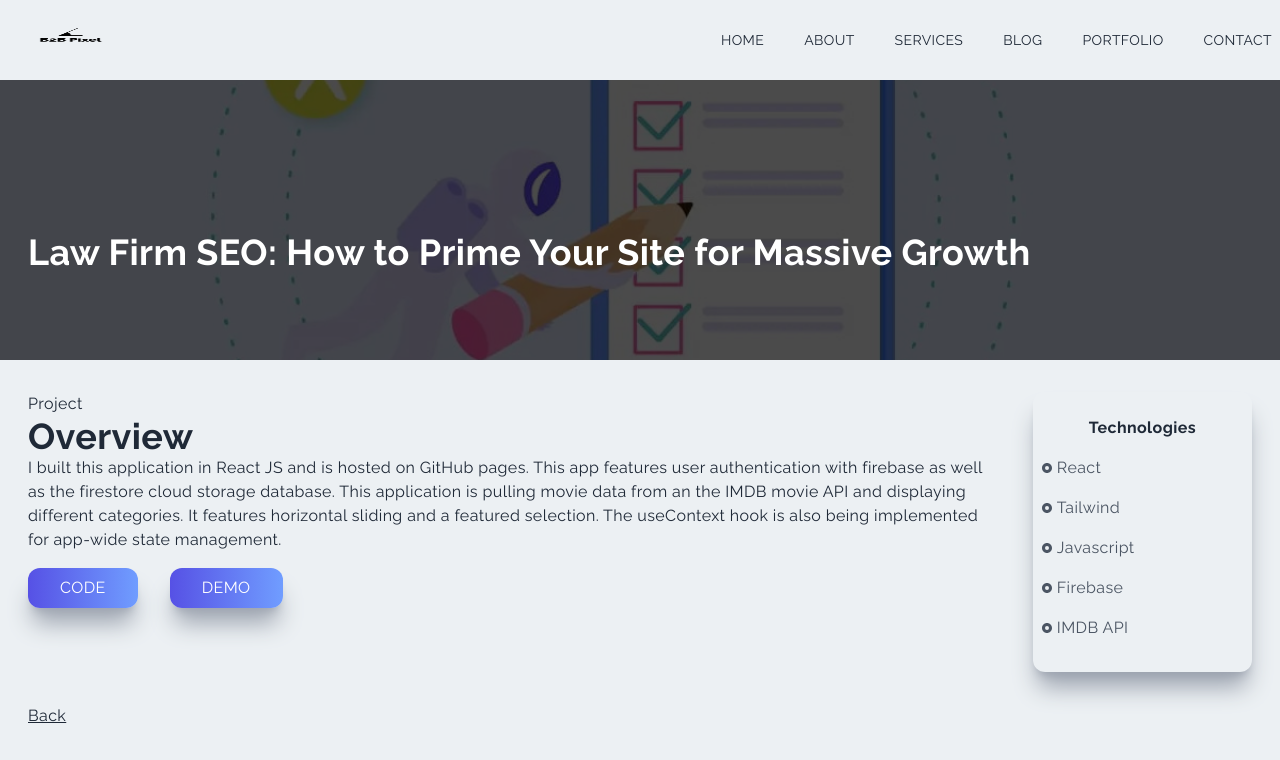
Repository: DID0101/nextjs.b2b
Page: /netflix
The author's editor kept a copy of each file at every save. The page is drawn from the files as they stood at one save, then again after the next save.
The browser window is 1280 px wide. The pictures show the whole page.
The project was rebuilt for these pictures with package versions that can differ from the ones it lists, and the page was loaded fresh each time. The framework's server and built-in components were replaced by stand-ins that run in the browser. Also part of the build but not shown: next.config.js.

Above is the page before, as saved 2024-01-22 03:10:58.

After the next save:
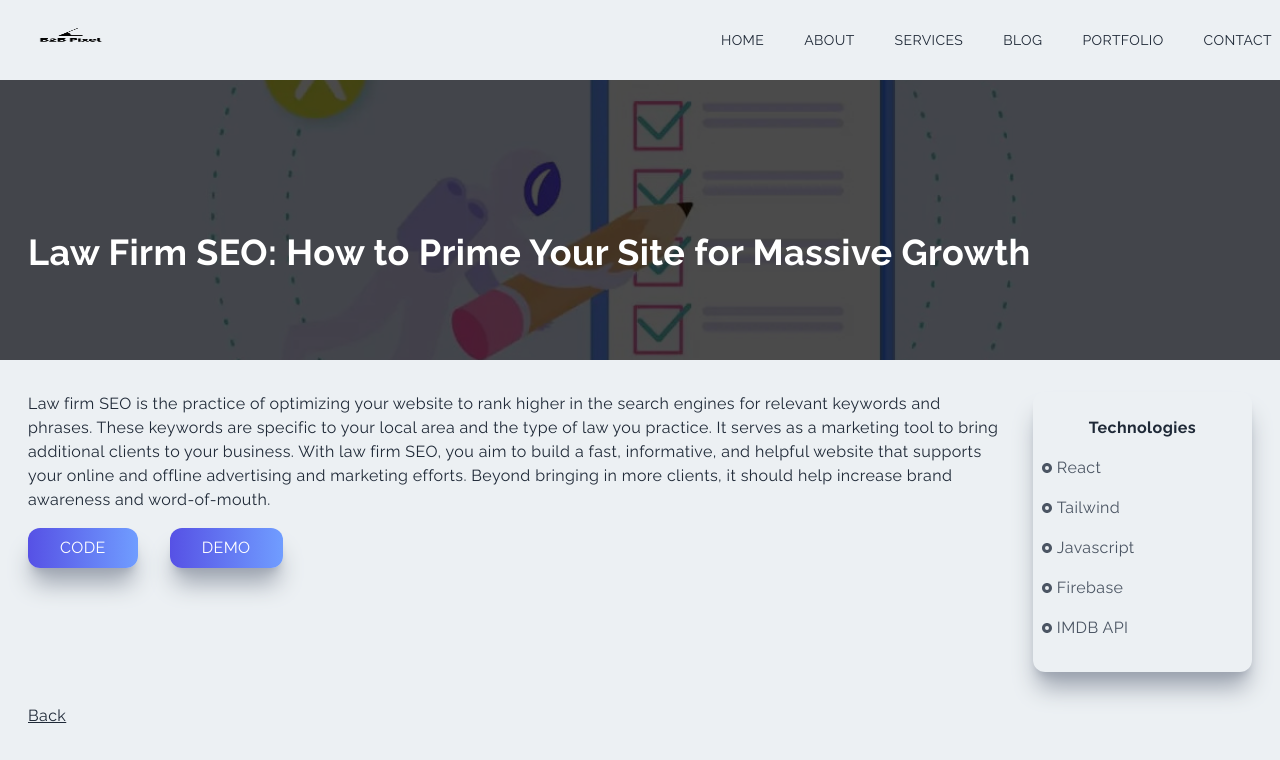
Saved 5 min 13 s later.
--- a/pages/netflix.jsx
+++ b/pages/netflix.jsx
@@ -24,17 +24,14 @@
 
       <div className='max-w-[1240px] mx-auto p-2 grid md:grid-cols-5 gap-8 py-8'>
         <div className='col-span-4'>
-          <p>Project</p>
-          <h2>Overview</h2>
+          {/* <p>Project</p> */}
+          {/* <h2>Overview</h2> */}
           <p>
-            I built this application in React JS and is hosted on GitHub pages.
-            This app features user authentication with firebase as well as the
-            firestore cloud storage database. This application is pulling movie
-            data from an the IMDB movie API and displaying different categories.
-            It features horizontal sliding and a featured selection. The
-            useContext hook is also being implemented for app-wide state
-            management.
+          Law firm SEO is the practice of optimizing your website to rank higher in the search engines for relevant keywords and phrases. These keywords are specific to your local area and the type of law you practice. It serves as a marketing tool to bring additional clients to your business.
+
+With law firm SEO, you aim to build a fast, informative, and helpful website that supports your online and offline advertising and marketing efforts. Beyond bringing in more clients, it should help increase brand awareness and word-of-mouth.
           </p>
+
           <a
             href='https://github.com/fireclint/netflix-react-tailwind'
             target='_blank'
